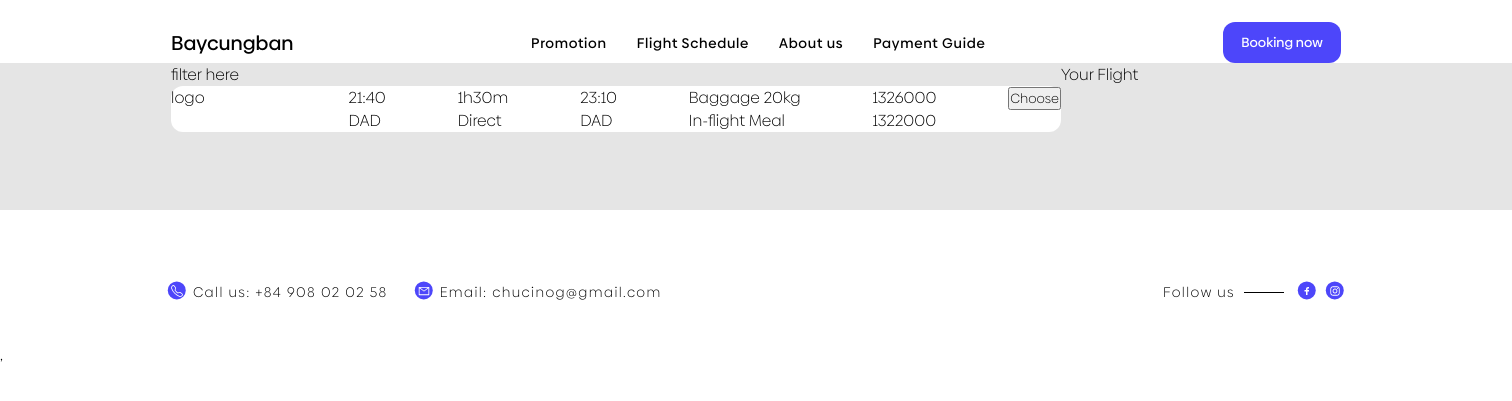
Repository: pinocoding/my-flying
Page: /list (app in my-flying/)
These files come from the project's save history. The page is drawn as it stood at one moment and after a run of saves; the edit follows.
The browser window is 1280 px wide. The page is 1512 px wide, so the pictures cover 1512 px, including what lies to the right of the window. The pictures show the whole page.
The project was rebuilt for these pictures with package versions that can differ from the ones it lists, and the page was loaded fresh each time. Also part of the build but not shown: my-flying/src/components/InDecreaBtn/InDecreaBtn.js, my-flying/src/components/TravelBooking/TravelBooking.css, my-flying/src/components/TravelBooking/TravelBooking.js, my-flying/src/components/home/Home.css, my-flying/src/components/home/Home.js. Imported but missing from the stored project, and not drawn on this page: my-flying/src/reportWebVitals.

Above is the page before, as saved 2022-09-09 16:57:36.

### my-flying/src/index.js
import React from "react";
import ReactDOM from "react-dom/client";
import "./index.css";
import App from "./App";
import reportWebVitals from "./reportWebVitals";
import "./font/SVN-Biennale/Biennale-Bold.otf";
const root = ReactDOM.createRoot(document.getElementById("root"));
root.render(
  <React.StrictMode>
    <App />
  </React.StrictMode>
);

// If you want to start measuring performance in your app, pass a function
// to log results (for example: reportWebVitals(console.log))
// or send to an analytics endpoint. Learn more: https://bit.ly/CRA-vitals
reportWebVitals();

### my-flying/src/index.css
@font-face {
  font-family: "SVN-Biennale";
  src: local("SVN-Biennale"),
    url("./font/SVN-Biennale/Biennale-Light.otf") format("opentype");

  font-weight: 400;
}

@font-face {
  font-family: "SVN-Biennale";
  src: local("SVN-Biennale"),
    url("./font/SVN-Biennale/Biennale-Medium.otf") format("opentype");

  font-weight: 600;
}

### my-flying/src/App.js
import React from "react";

import { render } from "react-dom";
import { BrowserRouter, Routes, Route } from "react-router-dom";
import Home from "../src/components/Home/Home";
import List from "./components/List/List";
import "./App.css";
function App() {
  return (
    <div className="App">
      <BrowserRouter>
        <Routes>
          <Route path="/" element={<Home />} />
          <Route path="/list" element={<List />} />
        </Routes>
      </BrowserRouter>
      ,
    </div>
  );
}

export default App;

### my-flying/src/components/List/List.js
import React from "react";
import Header from "../Header/Header";
import Footer from "../Footer/Footer";
import "./List.css";
import FlightInfor from "../FlightsInfor/FlightInfor";
function List() {
  return (
    <div className="list">
      <Header />

      <div className="list-container">
        <div className="list-infor">
          {" "}
          <div className="list-filter">filter here</div>
          <div className="list-row">
            <FlightInfor />
          </div>
        </div>

        <div className="list-userFlight">Your Flight</div>
      </div>
      <Footer />
    </div>
  );
}

export default List;

### my-flying/src/App.css
* {
  box-sizing: border-box;
  margin: 0;
  padding: 0;
  scroll-behavior: smooth;
  font-family: "SVN-Biennale", Courier, monospace;
}
.App {
  width: 1512px;
  margin: 0 auto;
}

### my-flying/src/components/Header/Header.js
import React from "react";
import "./Header.css";

function Header() {
  return (
    <div className="header">
      <div className="header-logo">
        <div className="header-logo-name">Baycungban</div>
        {/* <div>img</div>
        <div>img</div> */}
      </div>

      <ul className="header-nav">
        <li>
          <a href="/#">Promotion</a>
        </li>
        <li>
          <a href="/flight-schedule">Flight Schedule</a>
        </li>
        <li>
          <a href="/#">About us</a>
        </li>
        <li>
          <a href="/#">Payment Guide</a>
        </li>
      </ul>

      <button className="header-booking">Booking now</button>
    </div>
  );
}

export default Header;

### my-flying/src/components/Footer/Footer.js
import React from "react";
import { BsTelephone } from "react-icons/bs";
import { AiOutlineMail, AiOutlineInstagram } from "react-icons/ai";
import { TiSocialFacebook } from "react-icons/ti";
import "./Footer.css";
function Footer() {
  return (
    <div className="footer">
      <ul>
        <li>
          <a href="/#" className="footer-link">
            <BsTelephone className="footer-icon" />
          </a>
          <span>Call us: +84 908 02 02 58</span>
        </li>

        <li>
          <a href="/#" className="footer-link">
            <AiOutlineMail className="footer-icon" />
          </a>
          <span>Email: chucinog@gmail.com</span>
        </li>
      </ul>

      <div>
        <span className="footer-follow">Follow us</span>
        <a href="/#" className="footer-link footer-facebook">
          <TiSocialFacebook className="footer-icon" />
        </a>
        <a href="/#" className="footer-link">
          <AiOutlineInstagram className="footer-icon" />
        </a>
      </div>
    </div>
  );
}

export default Footer;

### my-flying/src/components/List/List.css
.list-container {
  display: flex;

  background-color: #e5e5e5;
  padding: 0 171px 0 171px;
}

.list-row {
  width: 890px;
  height: 124px;
  border-radius: 12px;
}

### my-flying/src/components/FlightsInfor/FlightInfor.js
import React from "react";
import "./FlightInfor.css";

function FlightInfor() {
  return (
    <div className="flight-container">
      <ul>
        <li>logo</li>
        <li className="flight-name"></li>
        <li className="flight-time">
          <p>21:40</p>
          <p>DAD</p>
        </li>

        <li className="flight-direc">
          <p>1h30m</p>
          <p></p>
          <p>Direct</p>
        </li>
        <li className="flight-time">
          <p>23:10</p>
          <p>DAD</p>
        </li>

        <li className="flight-meal">
          <p>Baggage 20kg </p>
          <p>In-flight Meal </p>
        </li>

        <li className="flight-price">
          <p>1326000</p>
          <p>1322000</p>
        </li>
        <li className="flight-choose">
          <button>Choose</button>
        </li>
      </ul>
    </div>
  );
}

export default FlightInfor;

### my-flying/src/components/Header/Header.css
.header {
  display: flex;
  justify-content: space-between;
  text-align: center;
  padding: 22px 171px 0 171px;
}
.header-logo {
  display: flex;
}
.header-logo-name {
  font-weight: 600;
  font-size: 20px;
  align-items: center;
  display: flex;
}
.header-nav {
  display: flex;
  list-style: none;
  justify-content: space-between;
  gap: 0 30px;
  align-items: center;
}
.header-nav li a {
  color: rgba(0, 0, 0, 1);
  text-decoration: none;
  font-family: "SVN-Biennale";
  font-style: normal;
  font-weight: 600;
  font-size: 14px;
  line-height: 21px;

  text-align: center;
  letter-spacing: 0.05em;
}
.header-booking {
  background-color: rgba(77, 70, 250, 1);
  color: white;
  height: 41px;
  width: 118px;
  left: 1223px;
  top: 38px;
  border-radius: 12px;
  padding: 10px 16px 10px 16px;
  border: none;
  cursor: pointer;
  font-weight: 600;
}

### my-flying/src/components/Footer/Footer.css
.footer {
  display: flex;
  justify-content: space-between;
  text-align: center;
  width: 100%;
  padding: 70px 171px 40px 171px;
}
.footer ul {
  list-style: none;
  display: flex;
  gap: 0 30px;
}
.footer-link {
  position: relative;
}
.footer-icon {
  color: white;
  font-size: 12px;
}

.footer-link:after {
  content: "";
  position: absolute;
  top: 0;
  left: 0;
  width: 18px;
  height: 18px;
  border-radius: 50%;
  transform: translate(-18%, 8%);
  background-color: #4d46fa;

  z-index: -1;
}
.footer ul li span {
  padding-left: 10px;
  font-family: "SVN-Biennale";
  font-style: normal;
  font-weight: 400;
  font-size: 14px;
  line-height: 21px;
  /* identical to box height */

  letter-spacing: 0.1em;

  color: #000000;
}
.footer-follow {
  width: 72px;
  height: 21px;
  font-family: "SVN-Biennale";
  font-style: normal;
  font-weight: 400;
  font-size: 14px;
  line-height: 21px;
  /* identical to box height */

  letter-spacing: 0.1em;

  color: #000000;

  position: relative;
  margin-right: 50px;
}

.footer-follow:after {
  content: "";
  position: absolute;
  top: 50%;
  right: 0;
  width: 40px;
  height: 1px;
  left: 81px;
  background-color: black;

  z-index: -1;
}
.footer-facebook {
  margin: 0 16px 0 16px;
}

### my-flying/src/components/FlightsInfor/FlightInfor.css
.flight-container {
  width: 100%;
  background: #ffffff;
  border-radius: 12px;
}

.flight-container ul {
  list-style: none;
  display: flex;
  justify-content: space-between;
}

After the next 6 saves:
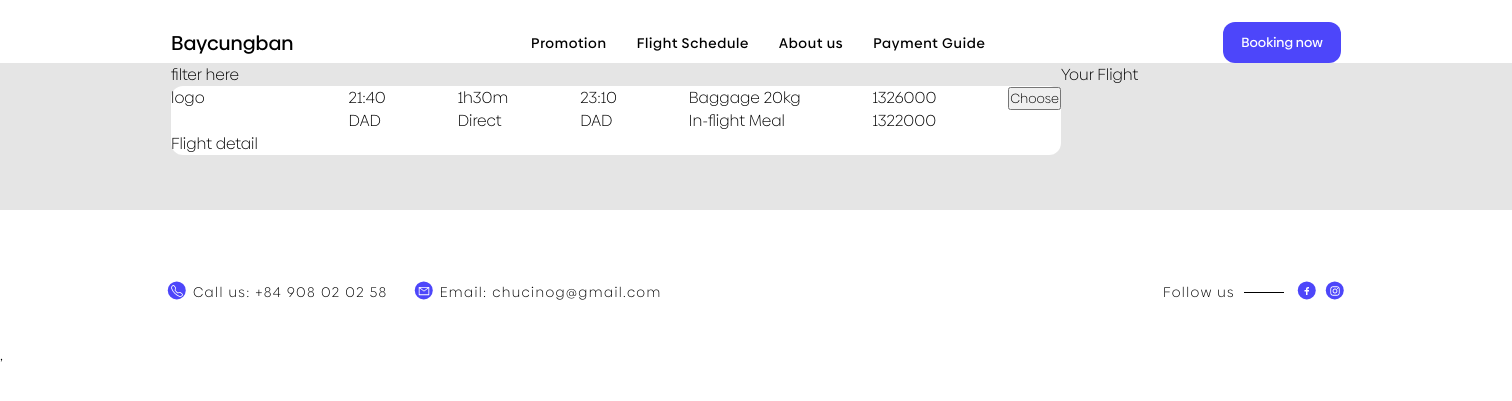
The 6 saves are shown as one change because they came seconds apart.
The last was saved 21 s later.
--- a/my-flying/src/components/FlightsInfor/FlightInfor.js
+++ b/my-flying/src/components/FlightsInfor/FlightInfor.js
@@ -35,6 +35,11 @@ function FlightInfor() {
           <button>Choose</button>
         </li>
       </ul>
+
+      <ul>
+        <li>Flight detail</li>
+        <li></li>
+      </ul>
     </div>
   );
 }
